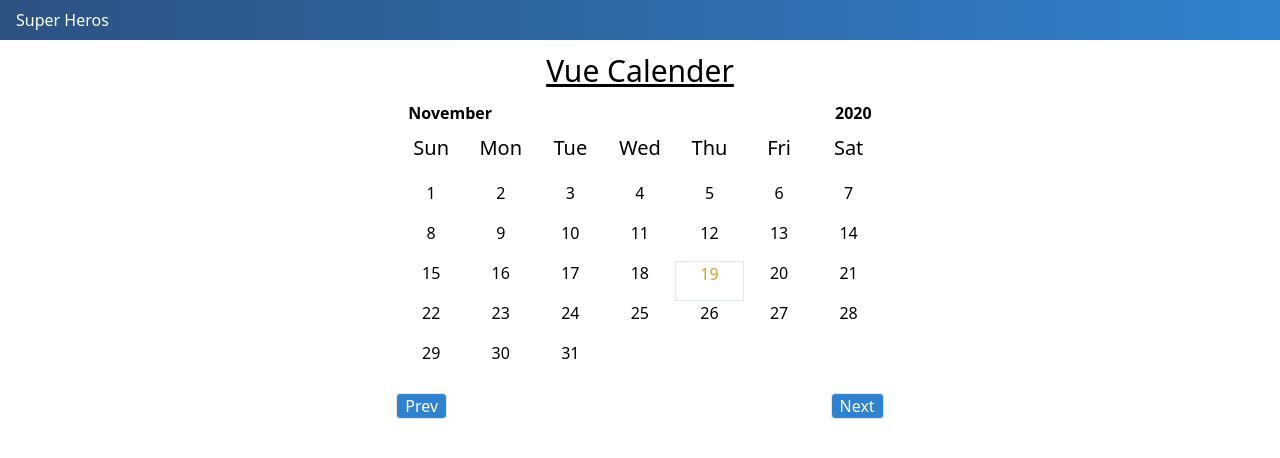
Repository: kshvkndl/VueFullCoursePractice
Page: /slider
These files come from the project's save history. The page is drawn as it stood at one moment and after the next save; the edit follows.
The browser window is 1280 px wide. The pictures show the whole page.
The project was rebuilt for these pictures with package versions that can differ from the ones it lists, and the page was loaded fresh each time.

Above is the page before, as saved 2020-11-19 10:16:40.

### src/App.vue
<template>
  <AppHeader></AppHeader>
  <!-- <SuperHeros></SuperHeros> -->
  <div class="w-full flex">
    <Calender></Calender>
  </div>
</template>

<script>
import AppHeader from "@/components/AppHeader";
// import SuperHeros from "@/components/SuperHeros";
import Calender from "@/components/Calender";
export default {
  components: { AppHeader, Calender },
};
</script>

### src/components/AppHeader.vue
<template>
  <nav
    class="w-full bg-gradient-to-r from-blue-800 to-blue-600 text-white px-4 py-2"
  >
    <a href="#">Super Heros</a>
  </nav>
</template>


<script>
export default {};
</script>

### src/components/Calender.vue
<template >
  <div class="m-auto">
    <h1 class="text-3xl my-2 text-center"><u>Vue Calender</u></h1>
    <section class="flex justify-between mx-3">
      <p class="font-bold">{{ currentMonthName }}</p>
      <p class="font-bold">{{ currentYear }}</p>
    </section>

    <section class="flex">
      <p
        class="h-10 text-center text-xl my-2"
        style="width: 14.28%"
        v-for="day in days"
        :key="day"
      >
        {{ day }}
      </p>
    </section>

    <section class="flex flex-wrap">
      <p
        class="h-10 text-center"
        style="width: 14.28%"
        v-for="num in startDay()"
        :key="num"
      ></p>
      <p
        class="h-10 text-center"
        style="width: 14.28%"
        v-for="num in daysInMonth()"
        :key="num"
        :class="currentDateClass(num)"
      >
        {{ num }}
      </p>
    </section>

    <section class="flex justify-between text-white my-3">
      <button class="px-2 border rounded bg-blue-600" @click="prev()">
        Prev
      </button>
      <button class="px-2 border rounded bg-blue-600" @click="next()">
        Next
      </button>
    </section>
  </div>
</template>


//scripts
<script>
export default {
  data() {
    return {
      currentMonth: new Date().getMonth(),
      currentYear: new Date().getFullYear(),
      days: ["Sun", "Mon", "Tue", "Wed", "Thu", "Fri", "Sat"],
    };
  },

  methods: {
    daysInMonth() {
      return new Date(this.currentYear, this.currentMonth, 0).getDate();
    },

    startDay() {
      return new Date(this.currentYear, this.currentMonth, 1).getDay();
    },

    next() {
      if (this.currentMonth === 11) {
        this.currentMonth = 0;
        this.currentYear++;
      } else {
        this.currentMonth++;
      }
    },

    prev() {
      if (this.currentMonth === 0) {
        this.currentMonth = 11;
        this.currentYear--;
      } else {
        this.currentMonth--;
      }
    },

    currentDateClass(num) {
      const calenderFullDate = new Date(
        this.currentYear,
        this.currentMonth,
        num
      ).toDateString();
      const currentFullDate = new Date().toDateString();

      return calenderFullDate === currentFullDate
        ? "border text-yellow-600"
        : "";
    },
  },

  computed: {
    currentMonthName() {
      return new Date(this.currentYear, this.currentMonth).toLocaleString(
        "default",
        {
          month: "long",
        }
      );
    },
  },
};
</script>

Loaded but not shown: public/index.html (common file); src/main.js (common file); src/assets/style.css (common file); tailwind.config.js (common file)

After the next save:
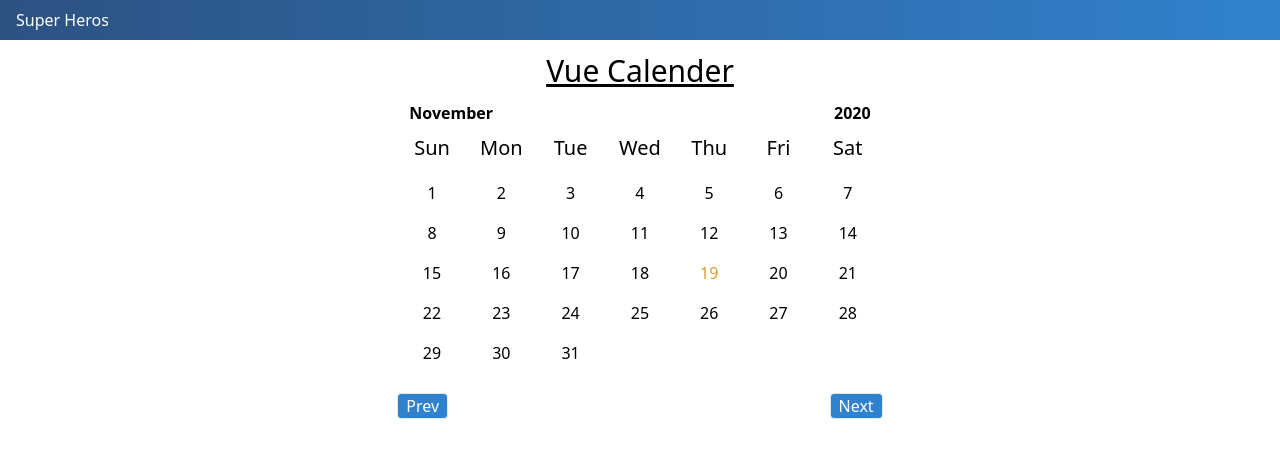
Saved 8 s later.
--- a/src/components/Calender.vue
+++ b/src/components/Calender.vue
@@ -93,9 +93,7 @@ export default {
       ).toDateString();
       const currentFullDate = new Date().toDateString();
 
-      return calenderFullDate === currentFullDate
-        ? "border text-yellow-600"
-        : "";
+      return calenderFullDate === currentFullDate ? "text-yellow-600" : "";
     },
   },
 
